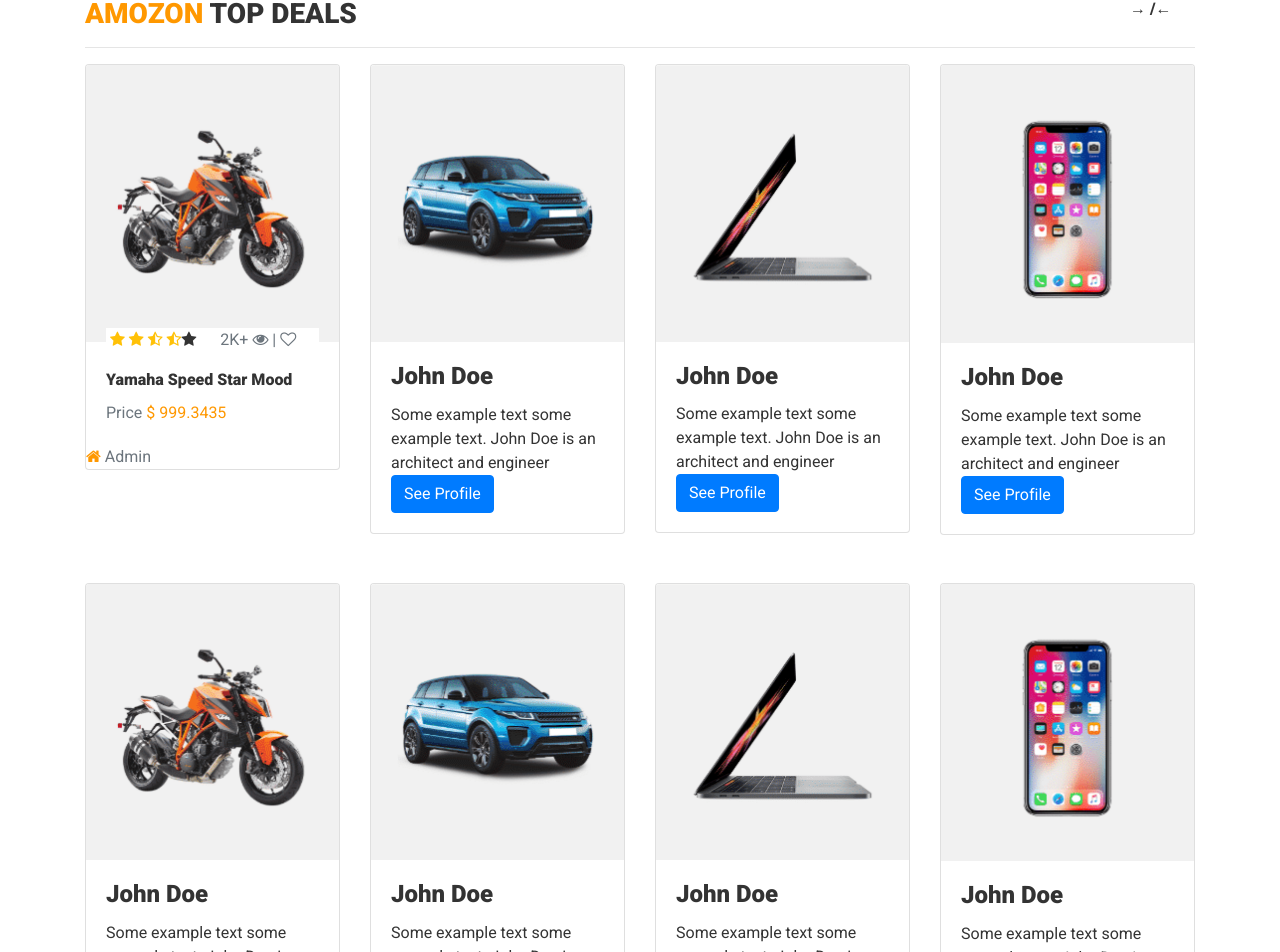
Repository: priyanalleboina/ThoughtFocusAssignment
Page: Thought Focus-Priyanka-Assignement/index.html
The author's editor kept a copy of each file at every save. The page is drawn from the files as they stood at one save, then again after the next save.
The browser window is 1280 px wide. The pictures show the part of the page from y = 949 to 1901 px (the page is 2427 px tall).
A picture or video elsewhere on the page could not be fetched, so the positions and the page height are approximate.

Above is the page before, as saved 2020-06-24 16:09:52.

After the next save:
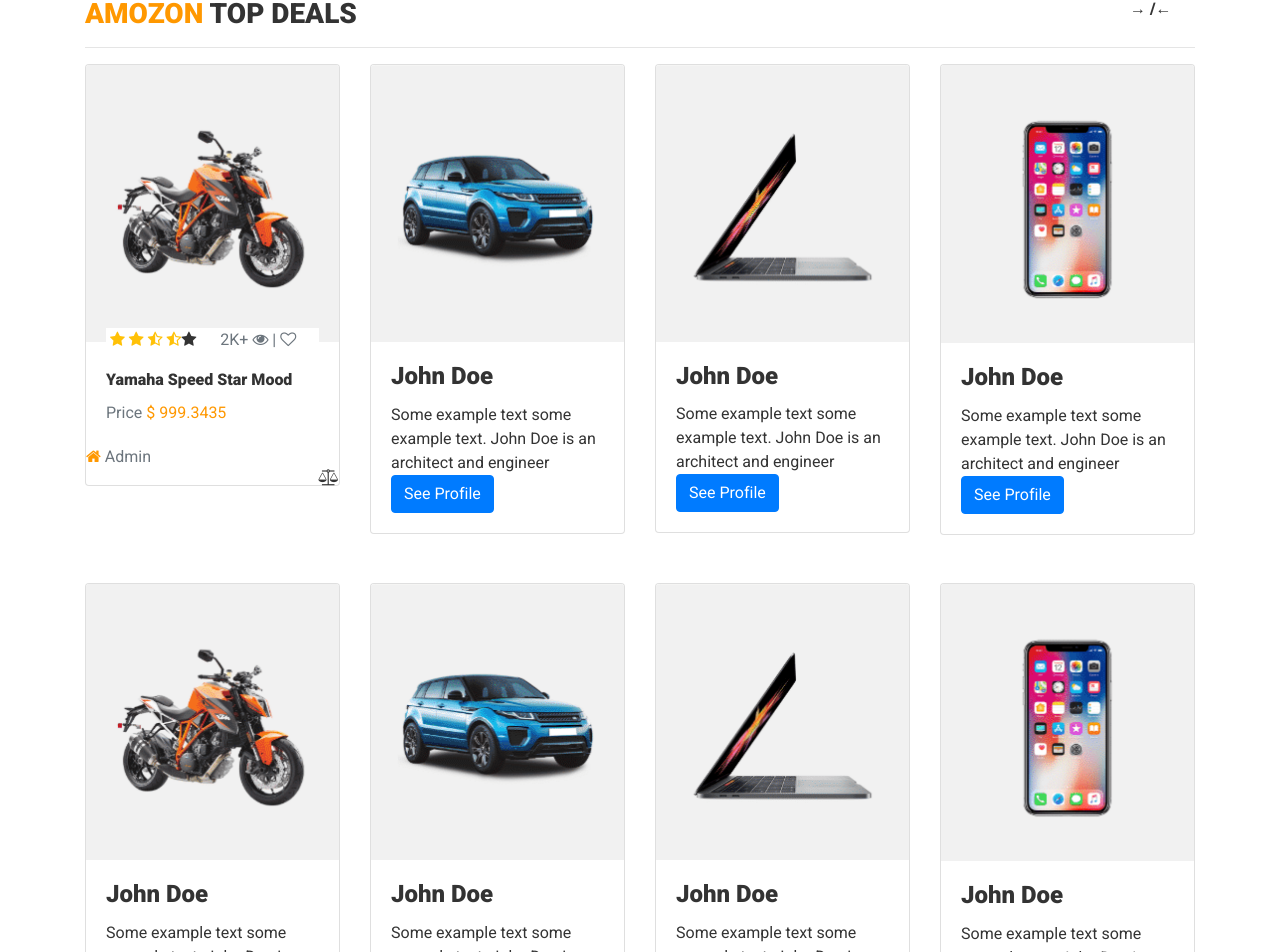
Saved 108 s later.
--- a/Thought Focus-Priyanka-Assignement/index.html
+++ b/Thought Focus-Priyanka-Assignement/index.html
@@ -242,7 +242,11 @@
             <p><span class="text-secondary">Price </span><span class="active-color">$ 999.3435</span></p>
           </div>
           <div>
+            <p>
             <i class="fa fa-home active-color"></i><span class="text-secondary"> Admin</span>
+          </p>
+          <p class="pull-right">
+            <i class="fa fa-balance-scale"></i></p>
           </div>
         </div>
       </div>
